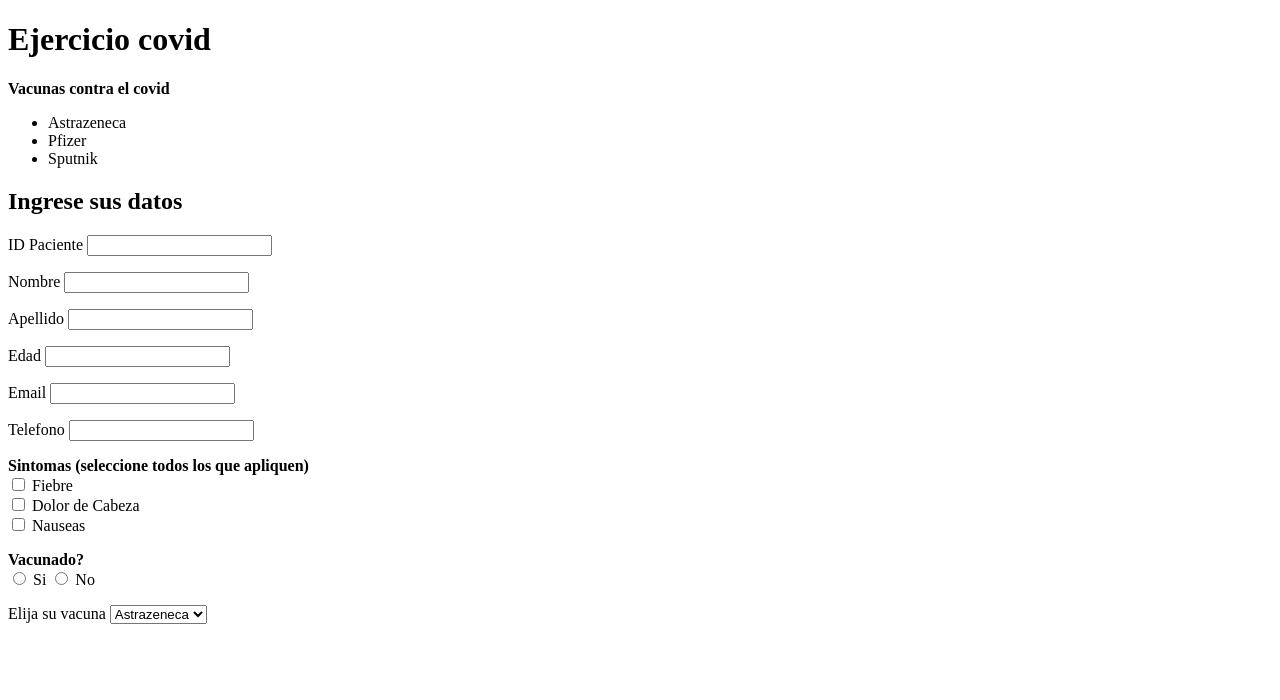
Repository: Divineridh/LPPAChallenges
Page: Trabajos en Clase/ejercicio forms covid/index.html
These files come from the project's save history. The page is drawn as it stood at one moment and after the next save; the edit follows.
The browser window is 1280 px wide. The pictures show the whole page.

Above is the page before, as saved 2022-04-19 21:14:47.

### Trabajos en Clase/ejercicio forms covid/index.html
<!DOCTYPE html>
<html lang="en">
<head>
    <meta charset="UTF-8">
    <meta http-equiv="X-UA-Compatible" content="IE=edge">
    <meta name="viewport" content="width=device-width, initial-scale=1.0">
    <title>Formularios covid</title>
</head>
<body>
    <h1>Ejercicio covid</h1>
    <p><b>Vacunas contra el covid</b>
    <ul name="vacunaslist">
        <li name="vacuna1">Astrazeneca</li>
        <li>Pfizer</li>
        <li>Sputnik</li>
    </ul>
    </p>



    <h2>Ingrese sus datos</h2>
    <form>
        <p>
            <label for="idpaciente">ID Paciente</label>
            <input type="text" id="idpaciente" name="idpaciente"><br>
        </p>
        <p>
            <label for="nombre">Nombre</label>
            <input type="text" id="nombre" name="nombre">
        </p>
        <p>
            <label for="apellido">Apellido</label>
            <input type="text" id="apellido" name="apellido"><br>
        </p>
        <p>
            <label for="edad">Edad</label>
            <input type="text" id="edad" name="edad"><br>
        </p>
        <p>
            <label for="email">Email</label>
            <input type="text" id="email" name="email"><br>
        </p>
        <p>
            <label for="telefono">Telefono</label>
            <input type="text" id="telefono" name="telefono"><br>
        </p>
        <p>
            <b>Sintomas (seleccione todos los que apliquen)</b> <br>
            <input type="checkbox" id="fiebre" name="fiebre">
            <label for="fiebre">Fiebre</label> <br>
            <input type="checkbox" id="dolorcabeza" name="dolorcabeza">
            <label for="dolorcabeza">Dolor de Cabeza</label> <br>
            <input type="checkbox" id="nauseas" name="nauseas">
            <label for="nauseas">Nauseas</label>
        </p>
        <p>
            <b>Vacunado?</b> <br>
            <input type="radio" id="sivacuna" name="sivacuna">
            <label for="sivacuna">Si</label>
            <input type="radio" id="novacuna" name="novacuna">
            <label for="novacuna">No</label>
        </p>
        <p>Elija su vacuna
        <select name="vacunas">
            <option value="vacuna1">Astrazeneca</option>
            <option value="vacuna2">Pfizer</option>
            <option value="vacuna3">Sputnik</option>
        </select>
    </form>
</body>
</html>

After the next save:
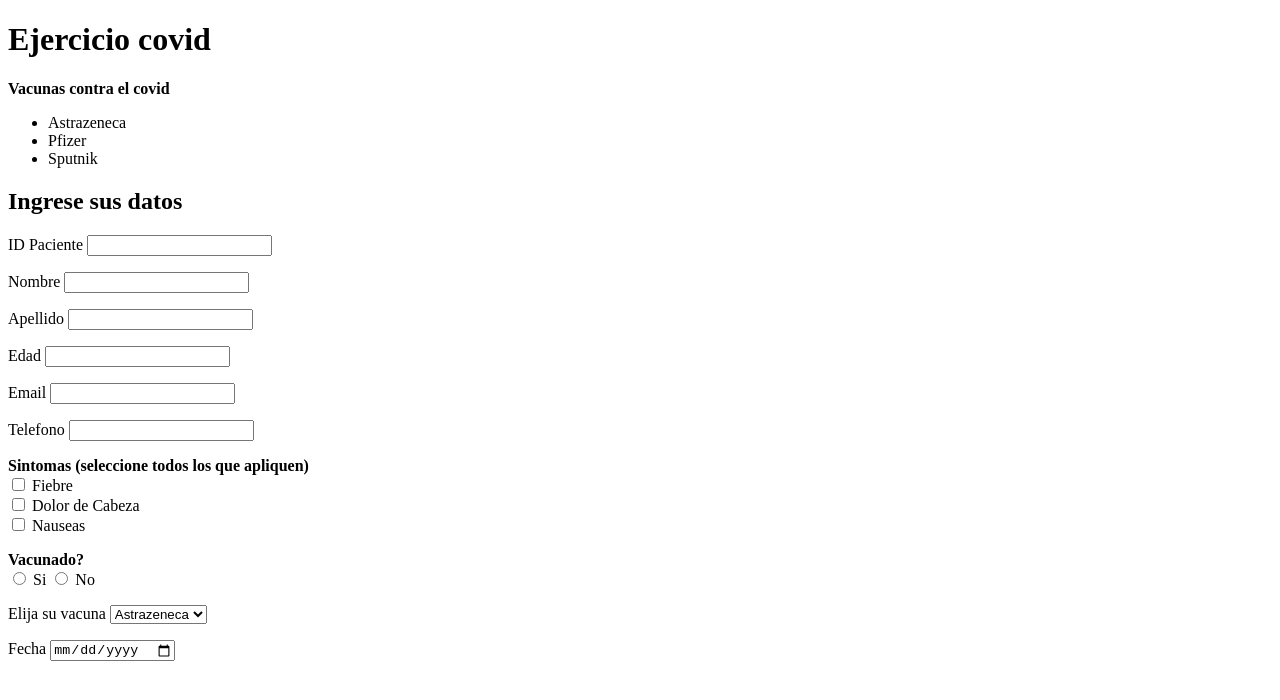
Saved 109 s later.
--- a/Trabajos en Clase/ejercicio forms covid/index.html
+++ b/Trabajos en Clase/ejercicio forms covid/index.html
@@ -66,6 +66,10 @@
             <option value="vacuna2">Pfizer</option>
             <option value="vacuna3">Sputnik</option>
         </select>
+        <p>
+            <label for="fecha">Fecha</label>
+            <input type="date" id="fecha" name="fecha">
+        </p>
     </form>
 </body>
 </html>
